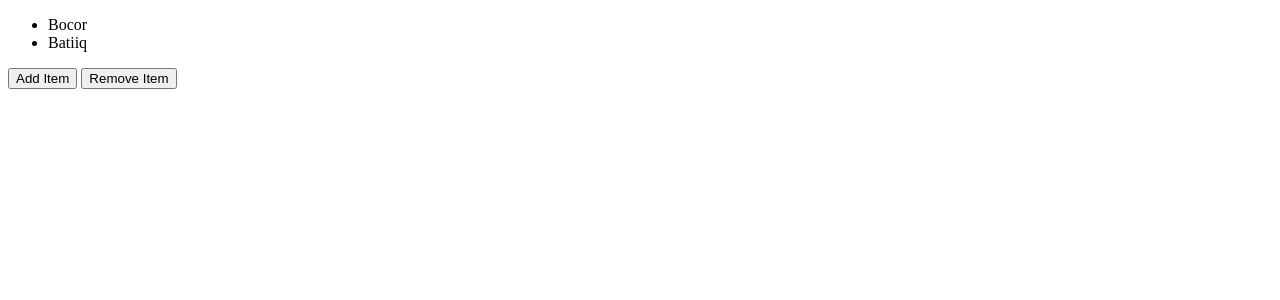
Repository: jamalissef-glitch/exercise1-JS
Page: Exercise35/index.html
An editor plug-in stored every save of this project. The page is shown before and after the next save, followed by the edit.
The browser window is 1280 px wide. The pictures show the whole page.
After loading, the first visible `button` was clicked once.

Above is the page before, as saved 2026-07-14 20:19:16.

### Exercise35/index.html
<!DOCTYPE html>
<html lang="en">

<head>
 <meta charset="UTF-8">
 <meta name="viewport" content="width=device-width, initial-scale=1.0">
 <title>Add and Remove </title>
</head>

<body>

 <ul id="list">
  <li>Bocor</li>
  <li>Batiiq</li>
 </ul>

 <button onclick="addItem()">Add Item</button>
 <button onclick="removeItem()">Remove Item</button>

 <script src="./main.js"></script>

</body>

</html>

### Exercise35/main.js


function addItem() {
 const list = document.querySelector("#list");

 const newItem = document.createElement("li");

 newItem.textContent = "Moos";
}

After the next save:
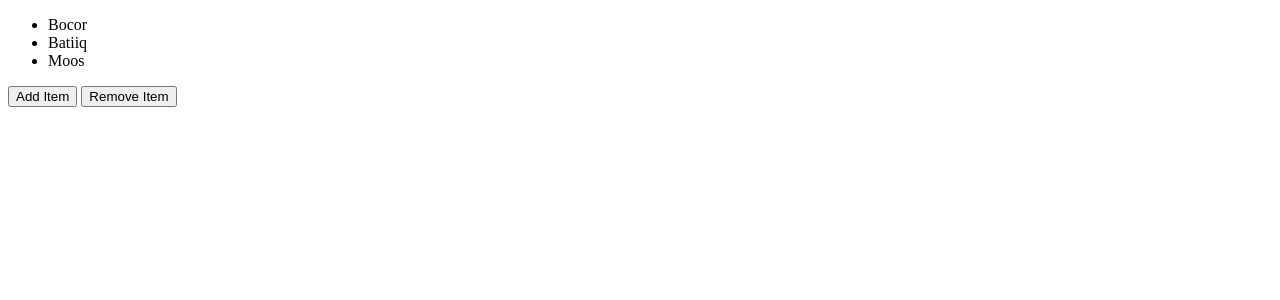
Saved 20 s later.
--- a/Exercise35/main.js
+++ b/Exercise35/main.js
@@ -6,4 +6,5 @@
  const newItem = document.createElement("li");
 
  newItem.textContent = "Moos";
+ list.appendChild(newItem);
 }
